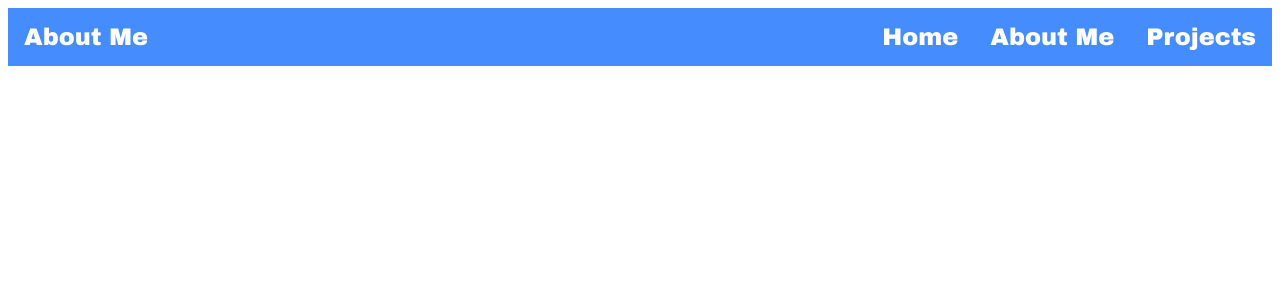
Repository: br4y/br4y.github.io
Page: about.html
The author's editor kept a record of every edit. The page is drawn from the files as they stood at one moment, then again after the next edit.
The browser window is 1280 px wide. The pictures show the whole page.

Above is the page before.

After the next edit:
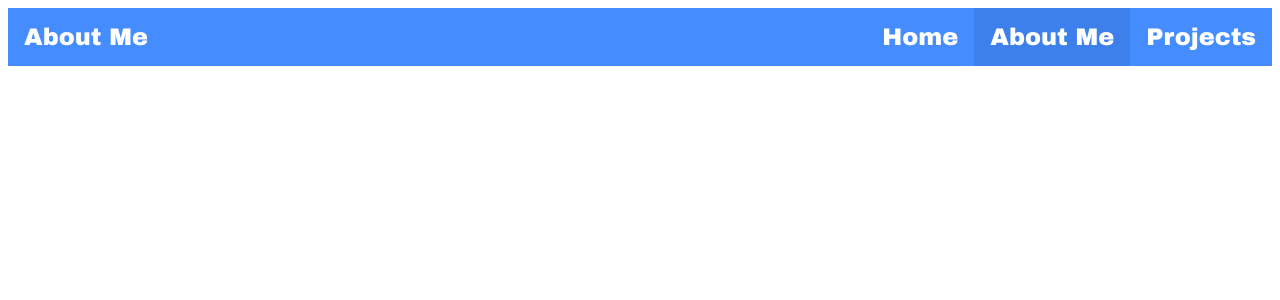
The edit:
--- a/about.html
+++ b/about.html
@@ -6,7 +6,7 @@
         <a>About Me</a>
         <div class="links">
           <a href="index.html">Home</a>
-          <a href="about.html">About Me</a>
+          <a class="active" href="about.html">About Me</a>
       <div class="dropdown">
         <div class="morelinks">Projects</div>
         <div class="dropdown-content">
